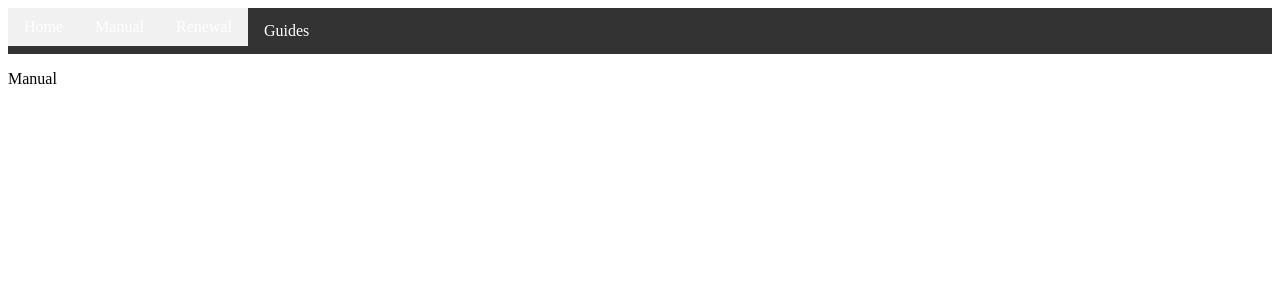
Repository: muesinga/ticketoffice-dot-info
Page: guides/manual.html
The author's editor kept a copy of each file at every save. The page is drawn from the files as they stood at one save, then again after a run of saves.
The browser window is 1280 px wide. The pictures show the whole page.

Above is the page before, as saved 2022-06-07 10:44:47.
Console error: TypeError: Cannot read properties of null (reading 'getElementsByClassName')

After the next 4 saves:
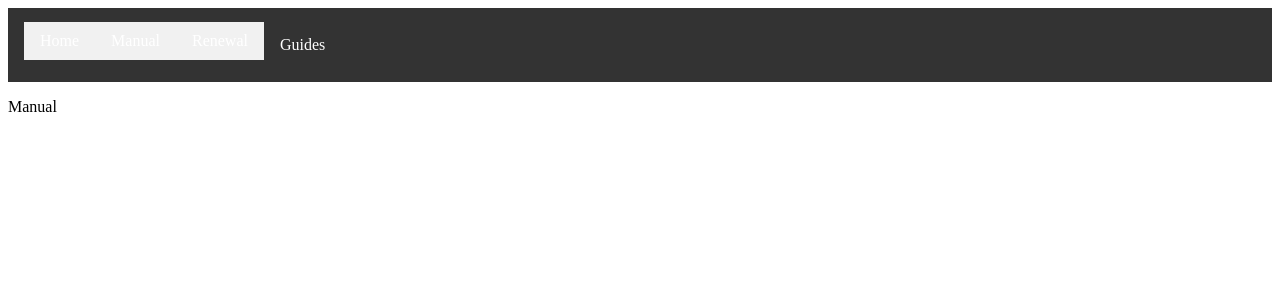
The 4 saves are shown as one change because they came seconds apart.
The last was saved 26 s later.
--- a/style/style.css
+++ b/style/style.css
@@ -1,7 +1,7 @@
   #navlink-container {
     list-style-type: none;
     margin: 0;
-    padding: 0;
+    padding: 14px 16px;
     overflow: hidden;
     background-color: #333;
   }

After the save that followed:
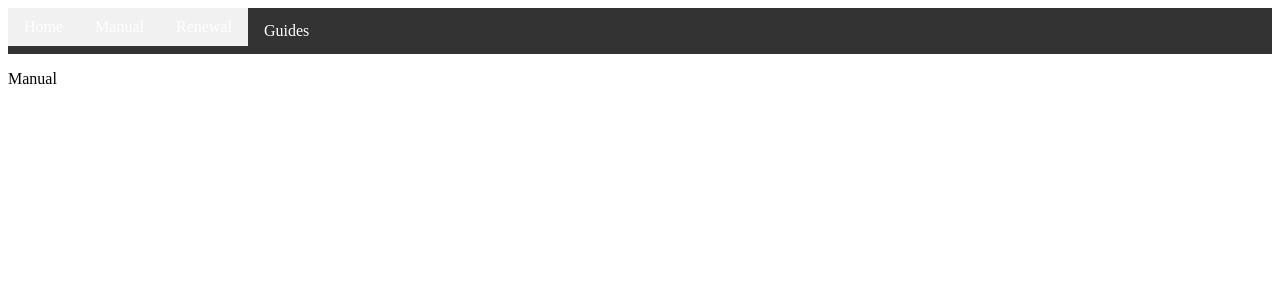
Saved 10 s later.
--- a/style/style.css
+++ b/style/style.css
@@ -1,7 +1,7 @@
   #navlink-container {
     list-style-type: none;
     margin: 0;
-    padding: 14px 16px;
+    padding: 0;
     overflow: hidden;
     background-color: #333;
   }
@@ -34,6 +34,7 @@
     background-color: red;
   }
 
+
   li.dropdown {
     display: inline-block;
   }
